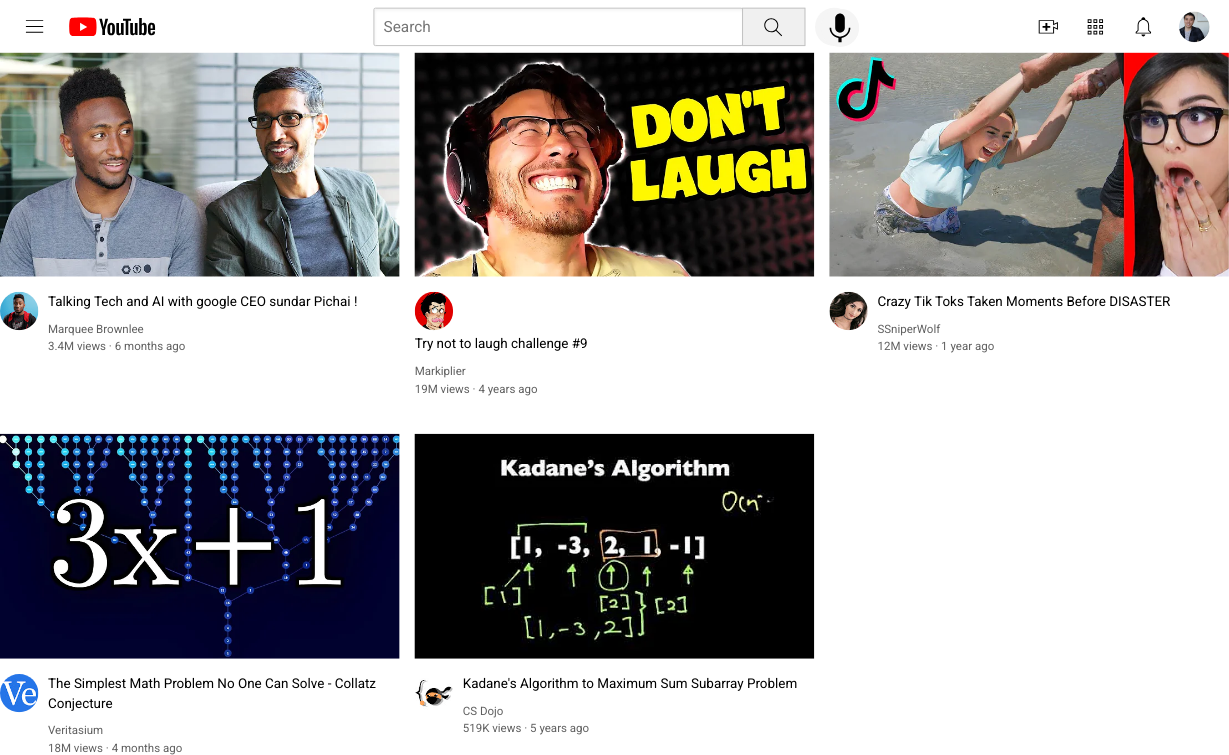
Repository: knowledgeAlan/html-css-thirteen
Page: youtube.html
The author's editor kept a copy of each file at every save. The page is drawn from the files as they stood at one save, then again after the next save.
The browser window is 1280 px wide. The pictures show the whole page, at 96% of full size.

Above is the page before, as saved 2024-03-19 18:23:30.

### youtube.html
<!DOCTYPE html>
<html>

<head>
    <title>Youtube.com Clone</title>

    <link rel="preconnect" href="https://fonts.googleapis.com">
    <link rel="preconnect" href="https://fonts.gstatic.com" crossorigin>
    <link href="https://fonts.googleapis.com/css2?family=Roboto:wght@400;500;700&display=swap" rel="stylesheet">

    <link rel="stylesheet" href="styles/general.css">
    <link rel="stylesheet" href="styles/header.css">
    <link rel="stylesheet" href="styles/video.css">

    <body>


        <div class="header">


            <div class="left-section">

                <img class="hamburger-menu" src="icons/hamburger-menu.svg">
                <img class="youtube-logo" src="icons/youtube-logo.svg">

            </div>

            <div class="middle-section">
                <input class="search-bar" type="text" placeholder="Search">

                <button class="search-button">
                    <img class="search-icon" src="icons/search.svg">
                </button>

                <button class="voice-search-button">
                       <img class="voice-search-button" src="icons/voice-search-icon.svg" >
                </button>
            </div>

            <div class="right-section">
                <img class="upload-icon" src="icons/upload.svg">
                <img class="youtube-apps-icon" src="icons/youtube-apps.svg">
                <img class="notifications-icon" src="icons/notifications.svg">
                <img class="current-user-picture" src="channel-pictures/my-channel.jpeg">

            </div>

        </div>

        <div class="video-grid">

            <div class="video-preview">

                <div class="thumbnail-row">
                    <img class="thumbnail" src="thumbnails/thumbnail-1.webp">
                </div>

                <div class="video-info-grid">

                    <div class="channel-picture">
                        <img class="profile-picture" src="channel-pictures/channel-1.jpeg">
                    </div>

                    <div class="video-info">
                        <p class="video-title">
                            Talking Tech and AI with google CEO sundar Pichai !

                        </p>

                        <p class="video-author">
                            Marquee Brownlee
                        </p>

                        <p class="video-stats">
                            3.4M views &#183; 6 months ago
                        </p>

                    </div>
                </div>
            </div>


            <div class="video-preview">
                    <div class="thumbnail-row">
                        <img class="thumbnail" src="thumbnails/thumbnail-2.webp">

                    </div>

                    <div class="=video-info-grid">
                        <div class="channel-picture">
                            <img class="profile-picture" src="channel-pictures/channel-2.jpeg">
                        </div>

                        <div class="video-info">
                            <p class="video-title">
                                Try not to laugh challenge #9
                            </p>

                            <p class="video-author">
                                Markiplier
                            </p>

                            <p class="video-stats">
                                19M views &#183; 4 years ago
                            </p>
                        </div>
                    </div>
            </div>



            <div class="video-preview">

                <div class="thumbnail-row">
                    <img class="thumbnail" src="thumbnails/thumbnail-3.webp">
                </div>

                <div class="video-info-grid">
                    <div class="channel-picture">
                        <img class="profile-picture"    src="channel-pictures/channel-3.jpeg">
                    </div>

                    <div class="video-info">
                         <p class="video-title">
                            Crazy Tik Toks Taken Moments Before DISASTER
                         </p>

                         <p class="video-author">
                            SSniperWolf
                         </p>

                         <p class="video-stats">
                            12M views &#183; 1 year ago
                         </p>
                    </div>
                </div>
            </div>

            <div class="video-preview">
                <div class="thumbnail-row">
                    <img class="thumbnail" src="thumbnails/thumbnail-4.webp">
                </div>
                <div class="video-info-grid">
                    <div class="channel-picture">
                        <img class="profile-picture" src="channel-pictures/channel-4.jpeg">
                    </div>

                    <div class="video-info">
                        <p class="video-title">
                            The Simplest Math Problem No One Can Solve - Collatz Conjecture
                        </p>
                        <p class="video-author">
                            Veritasium
                        </p>

                        <p class="video-stats">
                            18M views &#183; 4 months ago
                        </p>

                    </div>
                </div>
            </div>



            <div class="video-preview">
                <div class="thumbnail-row">
                    <img class="thumbnail" src="thumbnails/thumbnail-5.webp">
                </div>



                    <div class="video-info-grid">
                        <div class="channel-picture">
                            <img class="profile-picture" src="channel-pictures/channel-5.jpeg">
                        </div>

                        <div class="video-info">

                            <p class="video-title">
                                Kadane's Algorithm to Maximum Sum Subarray Problem
                            </p>

                            <p class="video-author">
                                CS Dojo
                            </p>

                            <p class="video-stats">
                                519K views &#183; 5 years ago
                            </p>
                        <div>

              </div>
            </div>






        </div>



    </body>
</head>
</html>

### styles/general.css
p{
    font-family: Roboto,Arial;
    margin-top: 0;
    margin-bottom: 0;
}

body{
    margin: 0;
}

### styles/header.css
.header {
    height: 55px;
    display: flex;
    flex-direction: row;
    justify-content: space-between;


}


.left-section {

    display: flex;
    align-items: center;
}

.hamburger-menu {

    height: 24px;
    margin-left: 24px;
    margin-right: 24px;
}


.youtube-logo {
    height: 20px ;
}

.middle-section {
    flex: 1;
    margin-left: 70px;
    margin-right:  35px;
    max-width: 500px;
    display: flex;
    align-items: center;
}

.search-bar{
    flex: 1;
    height: 36px;
    padding-left: 10px;
    font-size: 16px;
    border-width: 1px;
    border-style: solid;
    border-color: rgb(192, 192, 192);
    border-radius: 2px;
    box-shadow: inset 1px 2px 3px rgba(0, 0, 0, 0.05);
    width: 0;

}



.search-bar::placeholder {
    font-family: Roboto,Arial;
    font-size: 16px;
}


.search-button{
    height: 40px;
    width: 66px;
    background-color: rgb(240, 240, 240);
    border-width: 1px;
    border-style: solid;
    border-color: rgb(192, 192, 192);
    margin-left: -1px;
    margin-right: 10px;
}


.search-icon {
    height: 25px;
    margin-top: 4px;
}


.voice-search-button{
    height: 40px;
    width: 40px;
    border-radius: 20px;
    border: none;
    background-color: rgb(245, 245, 245);
}


.video-search-icon {
    height: 24px;
    width: 40px;
    border-radius: 20px;
    border: none;
    background-color: rgb(245, 245, 245);
}

.right-section {
    width: 180px;
    margin-right: 20px;
    display: flex;
    align-items: center;
    justify-content: space-between;
    flex-shrink: 0;

}

.upload-icon {
    height: 24px;
}

.youtube-apps-icon{
    height: 24px;
}


.notifications-icon {
    height: 24px;
}

.current-user-picture {
    height: 32px;
    border-radius: 16px ;
}

### styles/video.css
.thumbnail{
    width: 100%;
}

.video-title {
    margin-top: 0;
    font-size: 14px;
    font-weight: 500px ;
    line-height: 20px;
    margin-bottom: 12px;
}


.video-info-grid {
    display: grid;
    grid-template-columns: 50px 1fr;
}


.profile-picture{
    width: 40px;
    border-radius: 50px;
}


.thumbnail-row {
    margin-bottom: 12px;
}

.video-author,.video-stats {
    font-size: 12px;
    color: rgb(96, 96, 96);
}

.video-author {
    margin-bottom: 4px;
}

.video-grid{
    display: grid;
    grid-template-columns: 1fr 1fr 1fr;
    column-gap: 16px;
    row-gap: 40px;
}

After the next save:
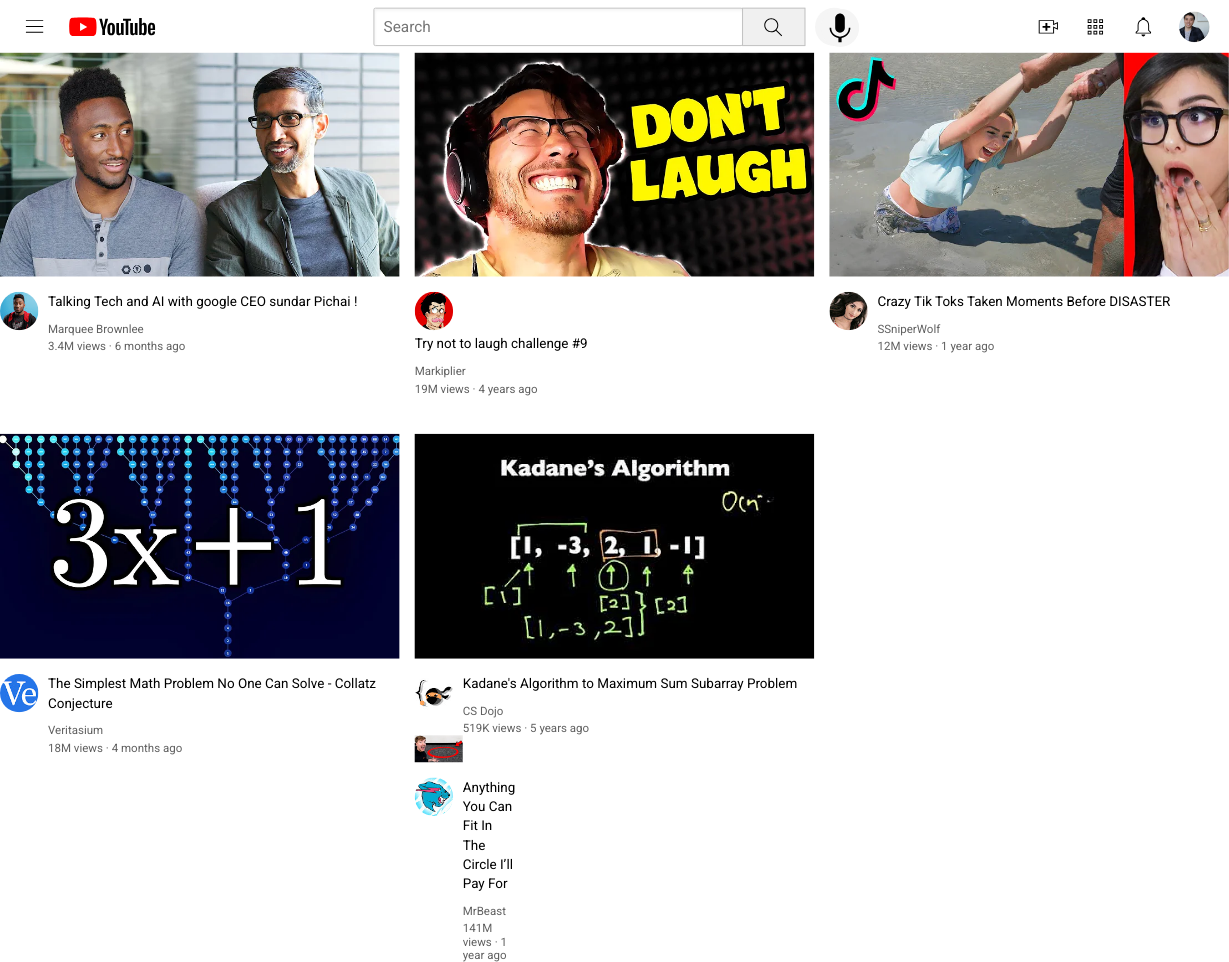
Saved 16 s later.
--- a/youtube.html
+++ b/youtube.html
@@ -195,7 +195,31 @@
 
 
 
-
+            <div class="video-preview">
+                <div class="thumbnail-row">
+                    <img class="thumbnail" src="thumbnails/thumbnail-6.webp">
+                </div>
+
+                <div class="video-info-grid">
+                    <div class="channel-picture">
+                        <img class="profile-picture" src="channel-pictures/channel-6.jpeg">
+                    </div>
+                    <div class="video-info">
+                        <p class="video-title">
+                            Anything You Can Fit In The Circle I’ll Pay For
+                        </p>
+
+                        <p class="video-author">
+                            MrBeast
+                        </p>
+
+                        <p class="video-stats">
+                            141M views &#183; 1 year ago
+                        </p>
+                    </div>
+                </div>
+
+            </div>
 
 
         </div>

After the save that followed:
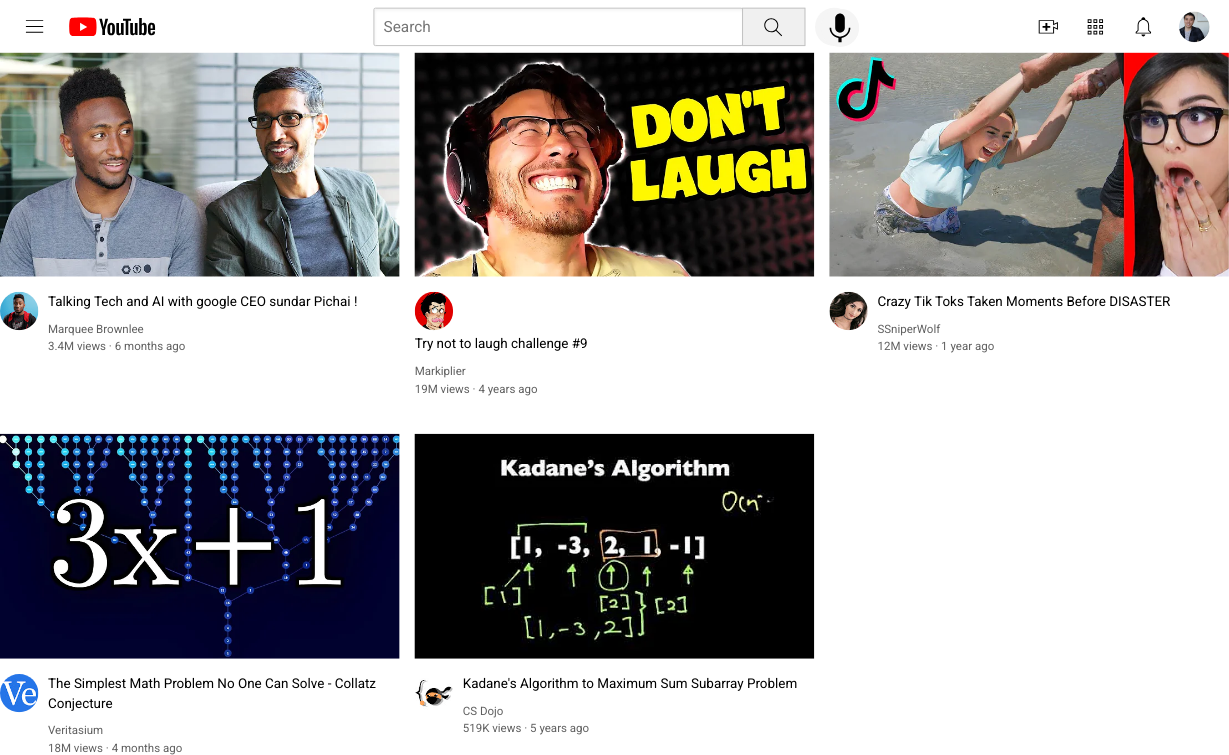
Saved 7 s later.
--- a/youtube.html
+++ b/youtube.html
@@ -195,7 +195,7 @@
 
 
 
-            <div class="video-preview">
+            <!-- <div class="video-preview">
                 <div class="thumbnail-row">
                     <img class="thumbnail" src="thumbnails/thumbnail-6.webp">
                 </div>
@@ -219,7 +219,7 @@
                     </div>
                 </div>
 
-            </div>
+            </div> -->
 
 
         </div>
